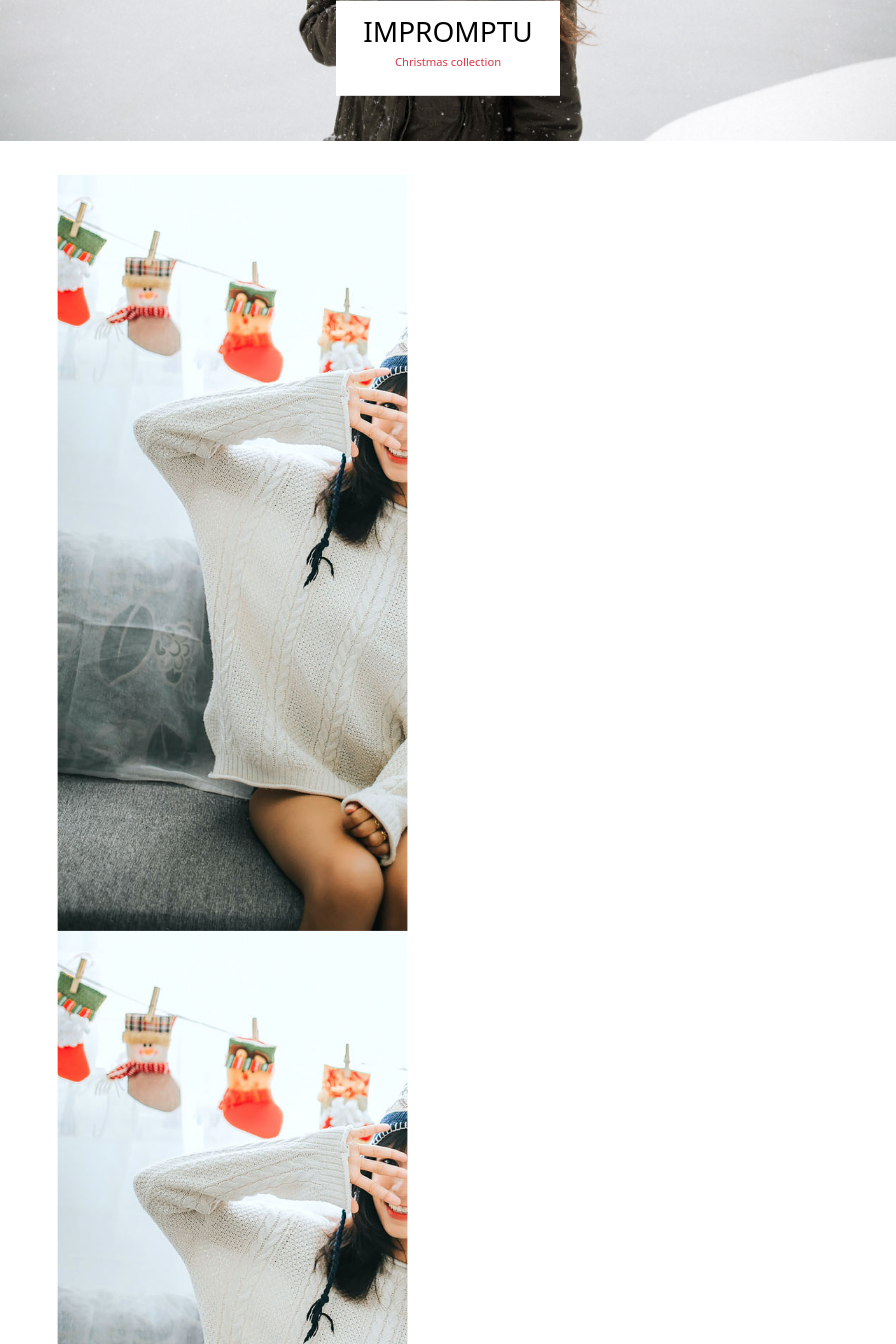
Repository: michalgornicki/Impromptu
Page: /
An editor plug-in stored every save of this project. The page is shown before and after a run of saves, followed by the edit.
The browser window is 1280 px wide. The pictures show the part of the page from y = 547 to 2467 px (the page is 11244 px tall before and 2367 px after), at 70% of full size.
The project was rebuilt for these pictures with package versions that can differ from the ones it lists, and the page was loaded fresh each time.

Above is the page before, as saved 2021-12-23 14:32:57.

After the next 4 saves:
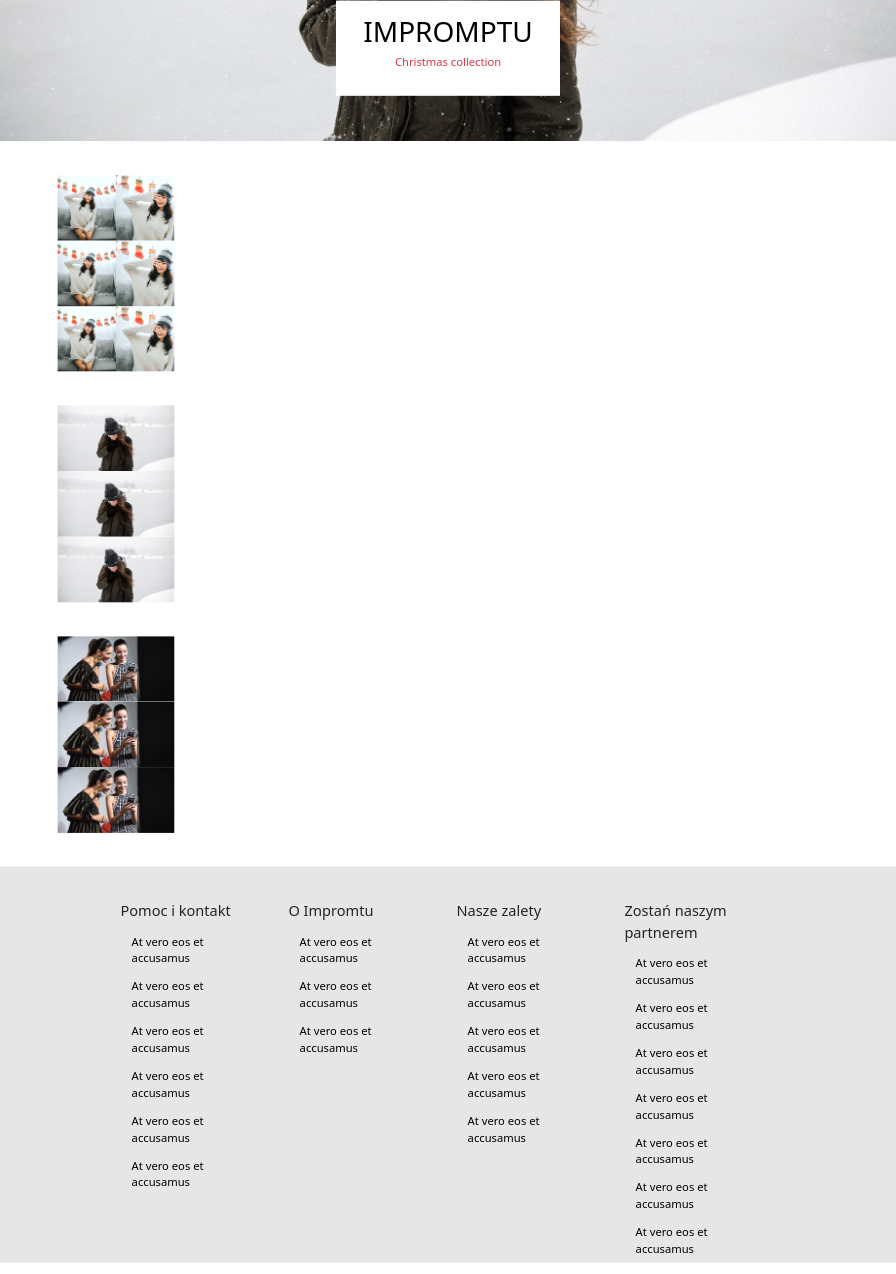
The 4 saves are shown as one change because they came seconds apart.
The last was saved 15 s later.
--- a/src/App.css
+++ b/src/App.css
@@ -42,6 +42,10 @@
     background-color: rgb(230, 230, 230);
 }
 
+.grid-item{
+    width: 33.333%;
+   }
+
 .grid-item:hover{
  transform: scale(1.1);
 }
